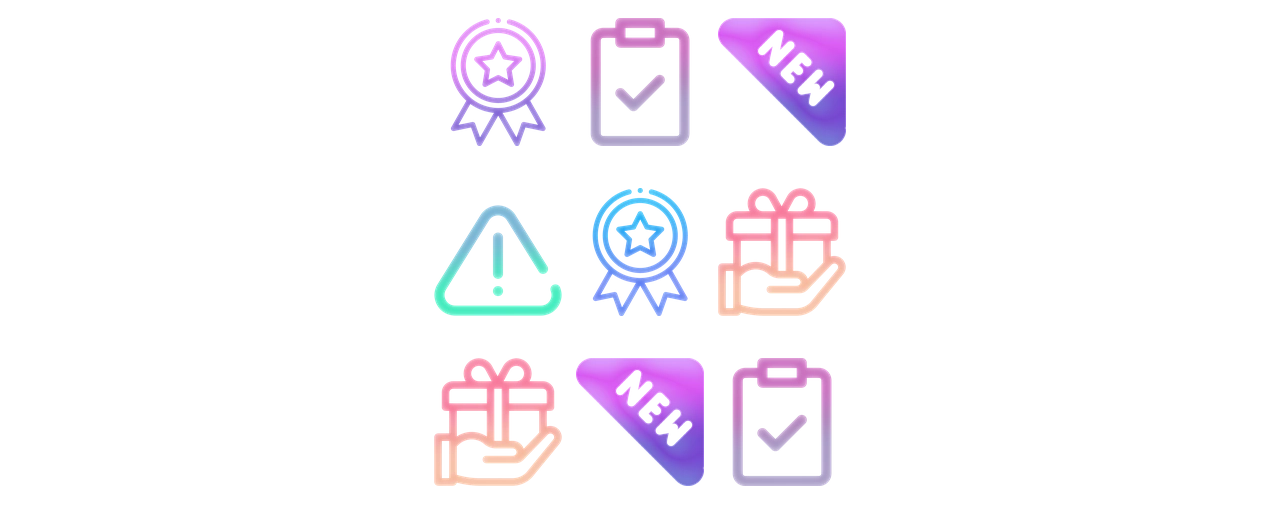
Repository: vichubenzene/-MWin_ui
Page: main.html
An editor plug-in stored every save of this project. The page is shown before and after the next save, followed by the edit.
The browser window is 1280 px wide. The pictures show the whole page.

Above is the page before, as saved 2022-10-10 11:27:29.

### main.html
<!DOCTYPE html>
<html>

<head>
    <style>
        .column {
            float: center;
            padding: 5px;
            min-width: "22vh";
            min-height: "22vh";
        }
        /* Clear floats after image containers */

        .row::after {
            content: "";
            float: center;
            clear: both;
            display: table;
        }
    </style>
</head>

<body>
    <div class="row" style=" text-align: center">
        <div class="column" style=" text-align: center">
            <img src="images/834538140450160661.png" alt="Snow" style="padding: 5px">
            <img src="images/834541394987057242.png" alt="Snow" style="padding: 5px">
            <img src="images/834535415628562442 (1).png" alt="Snow" style=" padding: 5px">
        </div>
    </div>
    <br>
    <div class="row" style=" text-align: center">
        <div class="column" style=" text-align: center">
            <img src="images/834541395074613248.png" alt="Snow" style="padding: 5px">
            <img src="images/834541395930251336.png" alt="Snow" style="padding: 5px">
            <img src="images/834541395749371916.png" alt="Snow" style="padding: 5px">

        </div>
    </div>
    <br>
    <div class="row" style=" text-align: center">
        <div class="column" style=" text-align: center">
            <img src="images/834541395749371916.png" alt="Snow" style="padding: 5px">
            <img src="images/834535415628562442 (1).png" alt="Snow" style="padding: 5px">
            <img src="images/834541394987057242.png" alt="Snow" style="padding: 5px">
        </div>
    </div>


</body>

</html>

After the next save:
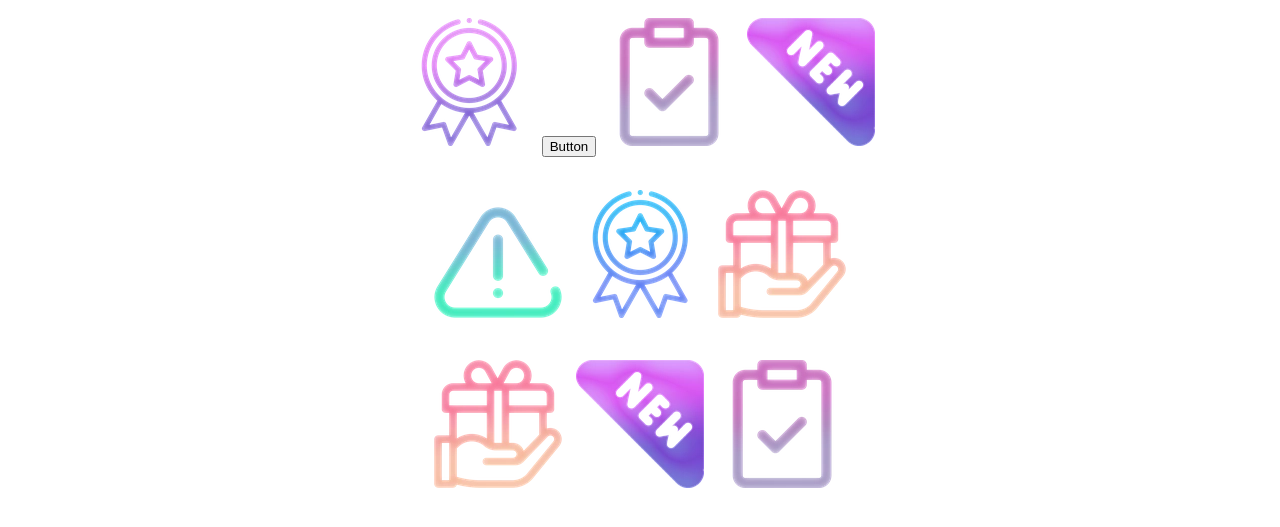
Saved 52 s later.
--- a/main.html
+++ b/main.html
@@ -24,6 +24,7 @@
     <div class="row" style=" text-align: center">
         <div class="column" style=" text-align: center">
             <img src="images/834538140450160661.png" alt="Snow" style="padding: 5px">
+            <button class="btn">Button</button>
             <img src="images/834541394987057242.png" alt="Snow" style="padding: 5px">
             <img src="images/834535415628562442 (1).png" alt="Snow" style=" padding: 5px">
         </div>
